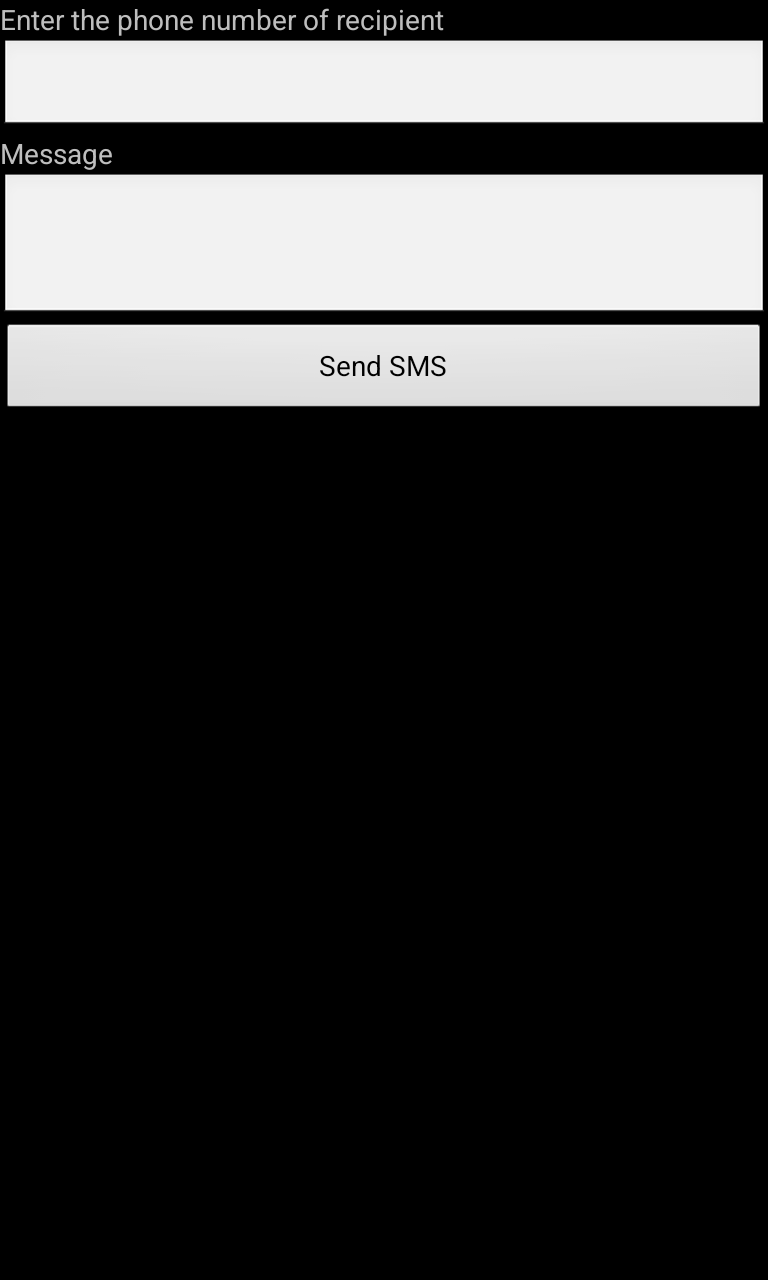
Repository: RaabsIn513/eclipse_workspace
Layout: SAS_revA/res/layout/main_test_sms.xml
The author's editor kept a copy of each file at every save. The layout is drawn from the files as they stood at one save, then again after the next save.
It is drawn on a 768 x 1280 px phone screen (xhdpi) without system bars, with theme android:Theme; the app's code is not run.

Above is the layout before, as saved 2012-02-16 17:51:14.

After the next save:
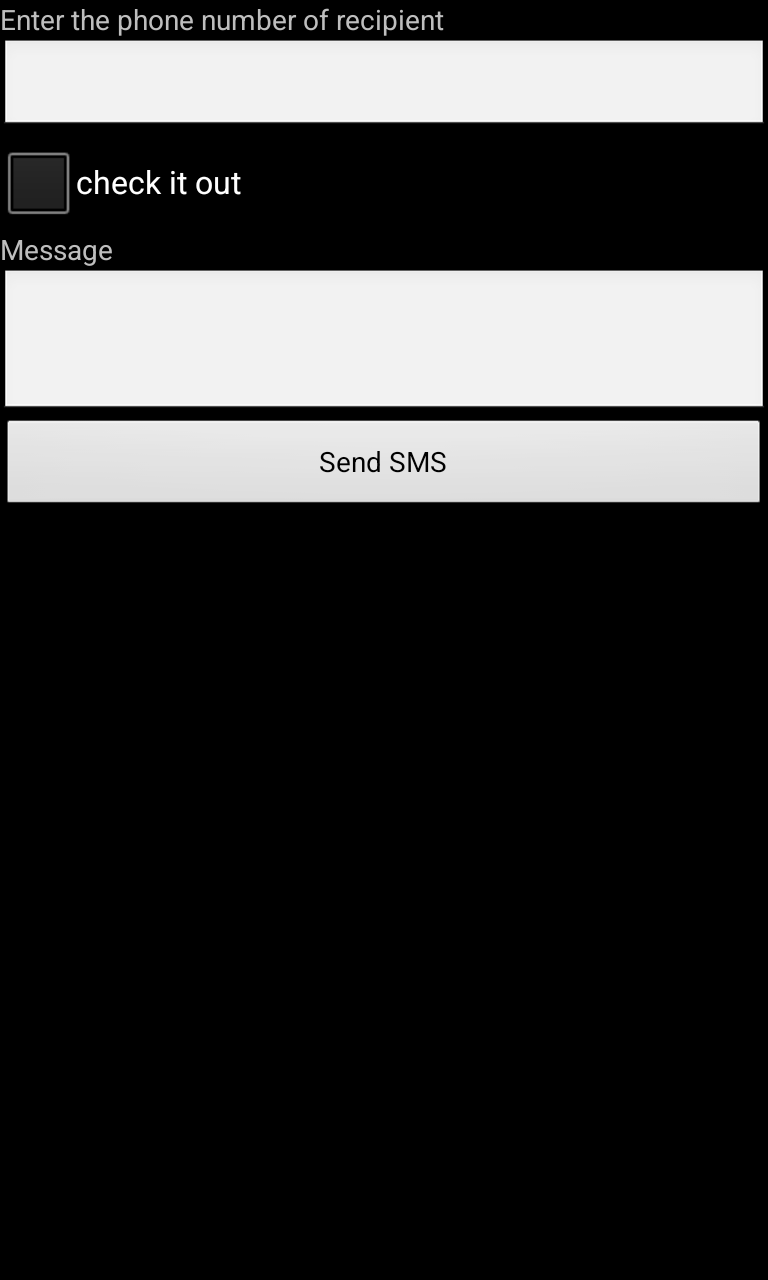
Saved 4 min 19 s later.
--- a/SAS_revA/res/layout/main_test_sms.xml
+++ b/SAS_revA/res/layout/main_test_sms.xml
@@ -14,6 +14,13 @@
         android:layout_width="fill_parent"
         android:layout_height="wrap_content"
         />
+    <!-- Sensor ID, date, time, event data -->
+
+	<CheckBox android:id="@+id/include_date"
+        android:layout_width="wrap_content"
+        android:layout_height="wrap_content"
+        android:text="check it out" />
+
     <TextView
         android:layout_width="fill_parent"
         android:layout_height="wrap_content"
